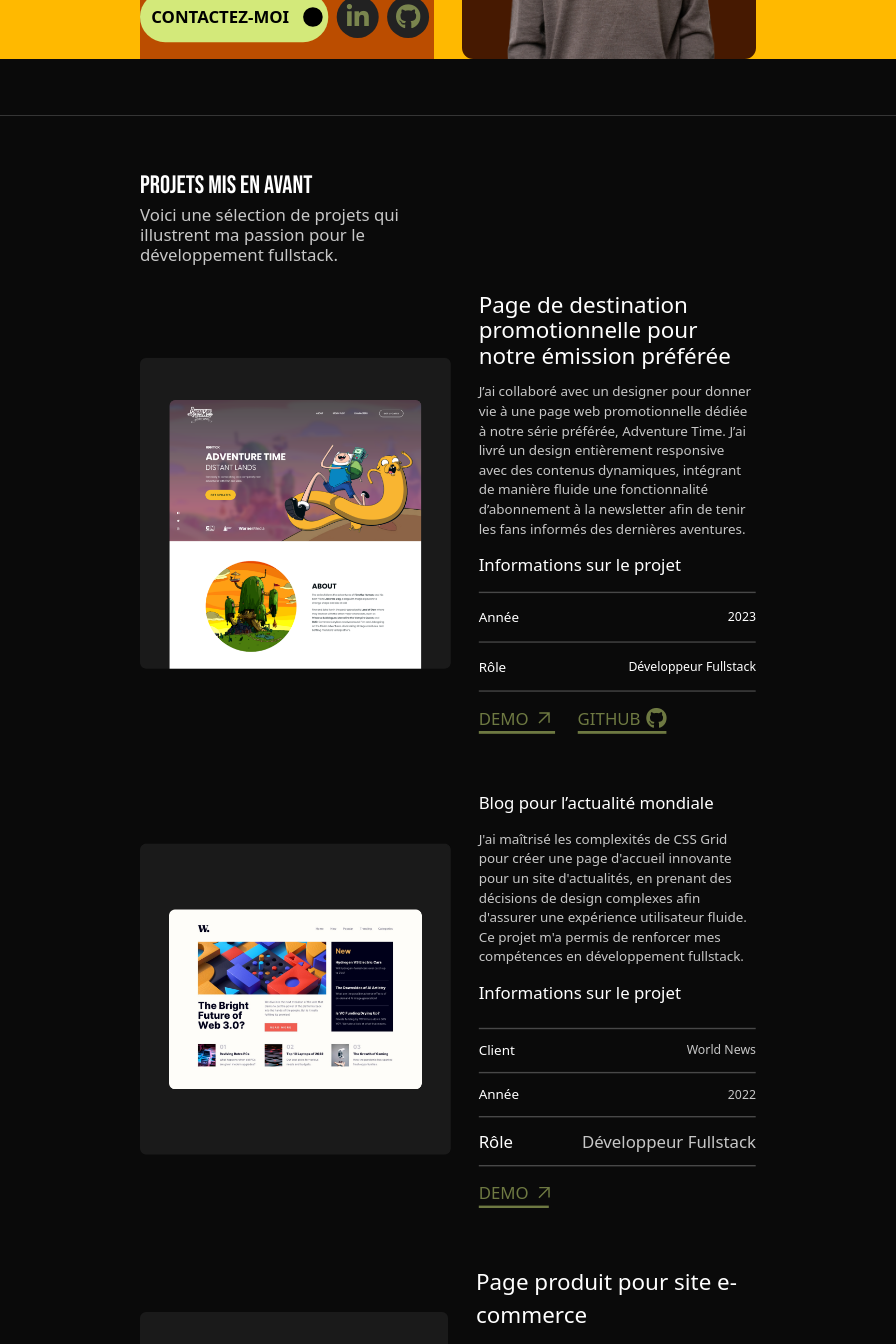
Repository: muslimdrame37-oss/Portfolio1
Page: src/index.html
The author's editor kept a copy of each file at every save. The page is drawn from the files as they stood at one save, then again after a run of saves.
The browser window is 1280 px wide. The pictures show the part of the page from y = 495 to 2415 px (the page is 4456 px tall before and 4488 px after), at 70% of full size.
Some web fonts or font styles are not loaded; a fallback is used. Some web libraries are served in a nearby version.

Above is the page before, as saved 2026-02-11 20:55:35.

### src/index.html
<!doctype html>
<html lang="fr">
<head>
    <meta charset="UTF-8">
    <meta name="viewport" content="width=device-width, initial-scale=1.0">
    <meta name="description" content="Portfolio de Muslim Drame - Développeur Fullstack basé à Dakar">
    <title>Muslim Drame - Développeur Fullstack</title>

    <!-- Fonts -->
    <link rel="stylesheet" href="https://fonts.googleapis.com/css2?family=Bebas+Neue&display=swap">
    <link rel="stylesheet" href="https://fonts.googleapis.com/css2?family=Material+Symbols+Outlined:opsz,wght,FILL,GRAD@20..48,100..700,0..1,-50..200&icon_names=arrow_outward">

    <!-- Styles -->
    <link href="./output.css" rel="stylesheet">

    <!-- Icons -->
    <script src="https://kit.fontawesome.com/31ee52f68e.js" crossorigin="anonymous"></script>
</head>

<body class="bg-[#0A0A0A]">
    <!-- ========== HEADER ========== -->
    <header class="flex items-center justify-between py-4 px-5 lg:px-20">
        <h1 class="text-[#C7C7C7] text-[2rem] lg:text-4xl font-bebas">MUSLIM DRAME</h1>

        <!-- Navigation Desktop -->
        <nav class="hidden lg:flex justify-between py-8 text-[#C7C7C7] text-[1.2rem]" aria-label="Navigation principale">
            <ul class="flex gap-10">
                <li><a href="index.html" class="hover:text-[#D3E97A] transition-colors">Projets</a></li>
                <li><a href="a_propos.html" class="hover:text-[#D3E97A] transition-colors">À propos</a></li>
                <li><a href="#contact" class="hover:text-[#D3E97A] transition-colors">Contact</a></li>
            </ul>
        </nav>

        <!-- Menu Mobile -->
        <button class="lg:hidden" aria-label="Menu mobile">
            <svg xmlns="http://www.w3.org/2000/svg" height="40px" viewBox="0 -960 960 960" width="40px" fill="#484848">
                <path d="M120-680v-80h720v80H120Zm0 480v-80h720v80H120Zm0-240v-80h720v80H120Z"/>
            </svg>
        </button>
    </header>

    <!-- ========== MAIN CONTENT ========== -->
    <main>

        <!-- ========== SECTION HERO ========== -->
        <section class="px-5 mt-10 flex flex-col justify-between gap-10 lg:flex-row lg:px-50 bg-amber-400" aria-label="Section d'accueil">
            <!-- Contenu texte -->
            <div class="flex flex-col gap-5 justify-center lg:w-1/2 bg-amber-700">
                <h2 class="text-white text-[3rem] font-bebas lg:text-[5rem] lg:leading-20 leading-15 bg-black">HI, I AM <br> MUSLIM DRAME.</h2>
                <p class="text-1xl text-[#C7C7C7] lg:text-2xl">
                    Un développeur fullstack basé à Dakar, passionné par la création de sites web accessibles et conviviaux.
                </p>

                <!-- Boutons d'action -->
                <div class="flex gap-3 items-center">
                    <!-- Bouton Contact -->
                    <a href="#contact" class="bg-[#D3E97A] flex justify-between items-center pl-2 text-black font-bold text-[1rem] rounded-[100px] gap-1 lg:gap-3 py-2 lg:py-4 lg:text-[1.5rem] lg:pl-4 hover:bg-[#c5db6f] transition-colors">
                        CONTACTEZ-MOI
                        <span class="w-11 h-10 flex items-center justify-center">
                            <span class="bg-black w-4 h-4 rounded-full lg:w-7 lg:h-7"></span>
                        </span>
                    </a>

                    <!-- Réseaux sociaux -->
                    <a href="#" class="w-10 h-10 rounded-full bg-[#222222] flex justify-center items-center lg:w-15 lg:h-15 hover:bg-[#333333] transition-colors" aria-label="LinkedIn">
                        <i class="fa-brands fa-linkedin-in text-[#D3E97A] text-2xl lg:text-4xl animate-pulse"></i>
                    </a>
                    <a href="#" class="w-10 h-10 rounded-full bg-[#222222] flex justify-center items-center lg:w-15 lg:h-15 hover:bg-[#333333] transition-colors" aria-label="GitHub">
                        <i class="fa-brands fa-github text-2xl lg:text-4xl text-[#D3E97A] animate-pulse"></i>
                    </a>
                </div>
            </div>

            <!-- Image hero -->
            <div class="bg-[#C7C7C7] rounded-2xl  bg-amber-950 lg:w-1/2">
                <img src="image/image1.png" alt="Portrait de Muslim Drame" width="880" class="w-full h-auto">
            </div>
        </section>

        <!-- Séparateur -->
        <hr class="border-[#484848] border-t mt-20">

        <!-- ========== SECTION PROJETS ========== -->

        <section class="flex flex-col px-8 mt-20 lg:px-50">
            <div class="flex flex-col gap-2">
                <h2 class="text-4xl text-white font-bebas lg:text-6xl">PROJETS MIS EN AVANT</h2>
                <p class="text-2xl text-[#C7C7C7] lg:w-1/2 leading-7">Voici une sélection de projets qui illustrent ma passion pour le développement fullstack.</p>
            </div>
            <div class="flex flex-col lg:flex-row gap-10 mt-10 lg:w-[1,224px] justify-center items-center">
                <div>
                    <img src="image/image2.png" alt="" class="w-4xl">
                </div>
                <!-- INFORMATION -->
                <!-- TITRE ET DESCCRIPTION -->
                <div class=" lg:w-200 flex flex-col gap-5 ">
                    <div class="flex flex-col gap-5">
                        <h2 class="text-white text-[2rem] leading-9">Page de destination promotionnelle pour notre émission préférée</h2>
                        <p class="text-[#C7C7C7] leading-7 text-[1.2rem]">J’ai collaboré avec un designer pour donner vie à une page web promotionnelle dédiée à notre série préférée, Adventure Time. J’ai livré un design entièrement responsive avec des contenus dynamiques, intégrant de manière fluide une fonctionnalité d’abonnement à la newsletter afin de tenir les fans informés des dernières aventures.</p>
                    </div>
                    <!-- INFORMATION SUR LE PROJET -->
                    <div class=" flex flex-col gap-5">
                        <h3 class="text-white text-[1.5rem]">Informations sur le projet</h3>
                        <div class="flex flex-col gap-5">
                            <div class="w-full border-[#484848] border"></div>

                            <div class="flex justify-between">
                                <p class="text-white text-[1.2rem]">Année</p>
                                <p class="text-white text-[1.1rem]">2023</p>
                            </div>

                            <div class="w-full border-[#484848] border"></div>

                            <div class="flex justify-between">
                                <p class="text-white text-[1.2rem]">Rôle</p>
                                <p class="text-white text-[1.1rem]">Développeur Fullstack</p>
                            </div>

                            <div class="w-full border-[#484848] border"></div>

                        </div>
                    </div>

                    <!-- LIEN DEMO & GITHUB -->

                    <div class="flex gap-8">
                        <a href="#">
                            <div class="animate-pulse">
                            <div class="flex items-center gap-2 ">
                                <p class="text-[#D3E97A] text-[1.5rem]">DEMO</p>
                                <svg xmlns="http://www.w3.org/2000/svg" height="30px" viewBox="0 -960 960 960" width="30px" fill="#D3E97A"><path d="M246.67-244 200-290.67l402.67-402.66H236V-760h480v480h-66.67v-366.67L246.67-244Z"/></svg>
                            </div>
                            <div class="w-full border-[#D3E97A] border-2"></div>
                        </div>
                        </a>
                        <a href="#">
                            <div class="animate-pulse">
                            <div class="flex items-center gap-2">
                                <p class="text-[#D3E97A] text-[1.5rem]">GITHUB</p>
                                <i class="fa-brands fa-github text-3xl text-[#D3E97A]"></i>
                            </div>
                            <div class="w-full border-[#D3E97A] border-2"></div>
                        </div>
                        </a>

                    </div>
                </div>
            </div>
        </section>

        <!-- PROJET 2 -->

        <section class="flex flex-col px-8 mt-20 gap-8 lg:gap-10 lg:flex-row lg:px-50 items-center">
            <div>
                <img src="image/image3.png" alt="" class="w-4xl">
            </div>
            <div class="lg:w-200 flex flex-col gap-5">
                <div class="flex flex-col gap-5">
                    <h2 class="text-white text-[1.5rem]">Blog pour l’actualité mondiale</h2>
                    <p class="text-[#C7C7C7] text-[1.2rem] leading-7">J'ai maîtrisé les complexités de CSS Grid pour créer une page d'accueil innovante pour un site d'actualités, en prenant des décisions de design complexes afin d'assurer une expérience utilisateur fluide. Ce projet m'a permis de renforcer mes compétences en développement fullstack.</p>
                </div>
                <div class="flex flex-col gap-8">
                    <div class="text-[1.5rem] text-white ">Informations sur le projet</div>
                    <div class="flex flex-col gap-4">
                        <div class="w-full border-[#484848] border "></div>
                        <div class="flex justify-between">
                            <p class="text-white text-[1.2rem]">Client</p>
                            <p class="text-[#C7C7C7] text-[1.1rem]">World News</p>
                        </div>
                        <div class="w-full border-[#484848] border "></div>
                        <div class="flex justify-between">
                            <p class="text-white text-[1.2rem]">Année</p>
                            <p class="text-[#C7C7C7] text-[1.1rem]">2022</p>
                        </div>
                        <div class="w-full border-[#484848] border "></div>
                        <div class="flex justify-between">
                            <p class="text-white text-[1.5rem]">Rôle</p>
                            <p class="text-[#C7C7C7] text-[1.5rem]">Développeur Fullstack</p>
                        </div>
                        <div class="w-full border-[#484848] border "></div>
                    </div>
                </div>
                <a href="#">
                    <div class="flex flex-col animate-pulse">
                    <div class="flex items-center gap-2">
                        <p class="text-[#D3E97A] text-[1.5rem]">DEMO</p>
                        <svg xmlns="http://www.w3.org/2000/svg" height="30px" viewBox="0 -960 960 960" width="30px" fill="#D3E97A"><path d="M246.67-244 200-290.67l402.67-402.66H236V-760h480v480h-66.67v-366.67L246.67-244Z"/></svg>
                    </div>
                    <div class="w-25 border-[#D3E97A] border-2"></div>
                </div>
                </a>
            </div>
        </section>

        <!-- PROJET 3 -->

        <section class="mt-20 flex flex-col px-8 gap-8 lg:gap-10 lg:flex-row lg:px-50 items-center">
            <img src="image/image3.png" alt="" class="w-full lg:w-1/2">
            <div class="w-full lg:w-1/2 flex flex-col gap-5">
                <div class="flex flex-col gap-5">
                    <h2 class="text-white text-[2rem]">Page produit pour site e-commerce</h2>
                    <p class="text-[#C7C7C7] text-[1.2rem] leading-8 ">J’ai conçu avec succès une page produit attrayante, intégrant une galerie dynamique en lightbox et un panier fonctionnel fluide, démontrant ma maîtrise du développement en JavaScript.</p>
                </div>
                <div class="flex flex-col gap-5">
                    <div class="text-[1.5rem] text-white lg:mt-5 ">Informations sur le projet</div>
                    <div class="flex flex-col gap-5">
                        <div class="w-full border-[#484848] border "></div>
                        <div class="flex justify-between">
                            <p class="text-white text-[1.2rem]">Année</p>
                            <p class="text-[#C7C7C7] text-[1.1rem]">2022</p>
                        </div>
                        <div class="w-full border-[#484848] border "></div>
                        <div class="flex justify-between">
                            <p class="text-white text-[1.2rem]">Rôle</p>
                            <p class="text-[#C7C7C7] text-[1.1rem]">Développeur Fullstack</p>
                        </div>
                        <div class="w-full border-[#484848] border "></div>
                    </div>
                </div>
                <!-- LIEN DÉMO & GITHUB -->
                <div class="flex gap-8 items-center">
                    <a href="#">
                        <div class="animate-pulse">
                        <div class="flex items-center gap-2">
                            <p class="text-[#D3E97A] text-[1.5rem]">DEMO</p>
                            <svg xmlns="http://www.w3.org/2000/svg" height="30px" viewBox="0 -960 960 960" width="30px" fill="#D3E97A"><path d="M246.67-244 200-290.67l402.67-402.66H236V-760h480v480h-66.67v-366.67L246.67-244Z"/></svg>
                    </div>
                    <div class="w-full border-[#D3E97A] border-2"></div>
                    </div>
                    </a>
                    <a href="#">
                        <div class="animate-pulse">
                        <div class="flex items-center gap-2">
                            <p class="text-[#D3E97A] text-[1.5rem]">GITHUB</p>
                            <i class="fa-brands fa-github text-3xl text-[#D3E97A]"></i>
                        </div>
                        <div class="w-full border-[#D3E97A] border-2"></div>
                    </div>
                    </a>
                </div>
            </div>
        </section>

        <!-- À PROPOS DE MOI -->
        <div class="w-full border-[#484848] border my-10"></div>

        <section class=" flex flex-col px-8 gap-5 lg:flex-row lg:gap-10 lg:px-50 justify-between">
            <div class="text-6xl text-white  lg:w-200 lg:text-[140px] font-bebas">À PROPOS DE MOI</div>
            <div class="lg:w-200">
                <div class="flex flex-col gap-10 ">
                    <p class="text-white text-[1.5rem] ">Je suis développeur Fullstack passionné basé à DAKAR, avec une formation en génie Informatique.</p>
                    <div class="text-[#484848] text-[1.2rem]">Je suis développeur fullstack basé à Dakar, à la recherche d’opportunités stimulantes. Avec une formation en génie informatique, je mets un point d’honneur à privilégier l’accessibilité lors du développement. Passionné et curieux, j’aime résoudre des problèmes complexes.
                    Actuellement, j’explore React.js, Laravel et m’initie également au design. En dehors du codage, j’apprécie jouer au football, la photographie et jouer à la carte. Je continue d’apprendre pour améliorer constamment mes compétences.</div>
                    <a href="a_propos.html" class="text-[#D3E97A] text-[1.5rem] underline underline-offset-8 hover:text-[#c5db6f] transition-colors">EN SAVOIR PLUS SUR MOI</a>
                </div>
            </div>
        </section>

        <hr class="border-[#484848] border-t my-10">

        <!-- ========== SECTION CONTACT ========== -->

        <section id="contact" class="flex flex-col px-8 mb-10 lg:px-50 lg:gap-10 lg:flex-row" aria-label="Formulaire de contact">
            <!-- Informations de contact -->
            <div class="flex flex-col gap-10 lg:w-200">
                <h2 class="lg:text-[100px] text-white font-bold text-4xl font-bebas">ENTRONS EN CONTACT</h2>
                <div class="flex flex-col gap-2">
                    <p class="text-[#C7C7C7] text-[1rem]">
                        Dites moi hello <a href="mailto:muslimdrame37@gmail.com" class="text-white hover:text-[#D3E97A] transition-colors">muslimdrame37@gmail.com</a>
                    </p>
                    <p class="text-white text-[1rem]">Pour en savoir plus sur moi, jetez un coup d'œil à mon <a href="#" class="text-[#D3E97A] underline underline-offset-5 hover:text-[#c5db6f] transition-colors">CV</a></p>
                </div>
                <!-- Réseaux sociaux -->
                <nav class="flex gap-5" aria-label="Réseaux sociaux">
                    <a href="#" aria-label="LinkedIn" class="hover:scale-110 transition-transform">
                        <i class="fa-brands fa-linkedin-in text-[#D3E97A] text-4xl animate-pulse"></i>
                    </a>
                    <a href="#" aria-label="GitHub" class="hover:scale-110 transition-transform">
                        <i class="fa-brands fa-github text-[#D3E97A] text-4xl animate-pulse"></i>
                    </a>
                    <a href="#" aria-label="Twitter" class="hover:scale-110 transition-transform">
                        <i class="fa-brands fa-x-twitter text-[#D3E97A] text-4xl animate-pulse"></i>
                    </a>
                    <a href="#" aria-label="Instagram" class="hover:scale-110 transition-transform">
                        <i class="fa-brands fa-instagram text-[#D3E97A] text-4xl animate-pulse"></i>
                    </a>
                </nav>
            </div>


            <form action="" method="POST" class="flex flex-col gap-5 mt-10 lg:mt-0 w-full lg:w-200">
                <div class="flex flex-col gap-3">
                    <label for="name" class="text-[#C7C7C7] text-[1.5rem]">Nom complet</label>
                    <input class="text-[#C7C7C7] bg-[#1A1A1A] px-6 py-2 rounded-lg text-[1.5rem] focus:outline-none focus:ring-2 focus:ring-[#D3E97A] transition-all" type="text" name="name" placeholder="Muslim" id="name" required>
                </div>
                <div class="flex flex-col gap-3">
                    <label for="email" class="text-[#C7C7C7] text-[1.5rem]">Email</label>
                    <input class="text-[#C7C7C7] bg-[#1A1A1A] px-6 py-2 rounded-lg text-[1.5rem] focus:outline-none focus:ring-2 focus:ring-[#D3E97A] transition-all" type="email" name="email" placeholder="votre@email.com" id="email" required>
                </div>
                <div class="flex flex-col gap-3">
                    <label for="sujet" class="text-[#C7C7C7] text-[1.5rem]">Sujet</label>
                    <input class="text-[#C7C7C7] bg-[#1A1A1A] px-6 py-2 rounded-lg text-[1.5rem] focus:outline-none focus:ring-2 focus:ring-[#D3E97A] transition-all" type="text" name="sujet" placeholder="Sujet de votre message" id="sujet" required>
                </div>
                <div class="flex flex-col gap-3">
                    <label for="message" class="text-[#C7C7C7] text-[1.5rem]">Message</label>
                    <textarea name="message" id="message" rows="6" placeholder="Votre message..." class="text-[#C7C7C7] bg-[#1A1A1A] px-6 py-2 rounded-lg text-[1.5rem] resize-none focus:outline-none focus:ring-2 focus:ring-[#D3E97A] transition-all" required></textarea>
                </div>
                <button type="submit" class="text-black bg-[#D3E97A] py-2 lg:py-4 text-[1rem] font-bold rounded-[100px] w-35 hover:bg-[#c5db6f] transition-colors cursor-pointer">Envoyer</button>
            </form>
        </section>
    </main>

    <!-- ========== FOOTER ========== -->
    <footer class="w-full pb-6">
        <div class="mx-auto flex flex-col lg:flex-row gap-2 lg:gap-8 items-center justify-between border border-white/10 bg-[#1A1A1A] px-6 py-4 text-sm text-[#C7C7C7] backdrop-blur-md">
            <!-- Copyright -->
            <p>© 2026 Muslim Drame. Tous droits réservés.</p>

            <!-- Réseaux sociaux -->
            <nav class="flex items-center gap-2 text-2xl" aria-label="Réseaux sociaux footer">
                <a href="#" class="hover:text-white transition-colors" aria-label="Facebook">
                    <i class="fa-brands fa-facebook"></i>
                </a>
                <a href="#" class="hover:text-white transition-colors" aria-label="Instagram">
                    <i class="fa-brands fa-instagram"></i>
                </a>
                <a href="#" class="hover:text-white transition-colors" aria-label="Twitter">
                    <i class="fa-brands fa-x-twitter"></i>
                </a>
                <a href="#" class="hover:text-white transition-colors" aria-label="GitHub">
                    <i class="fa-brands fa-github"></i>
                </a>
                <a href="#" class="hover:text-white transition-colors" aria-label="YouTube">
                    <i class="fa-brands fa-youtube"></i>
                </a>
            </nav>
        </div>
    </footer>

</body>
</html>

Loaded but not shown: src/output.css (2245 lines, source omitted)

After the next 2 saves:
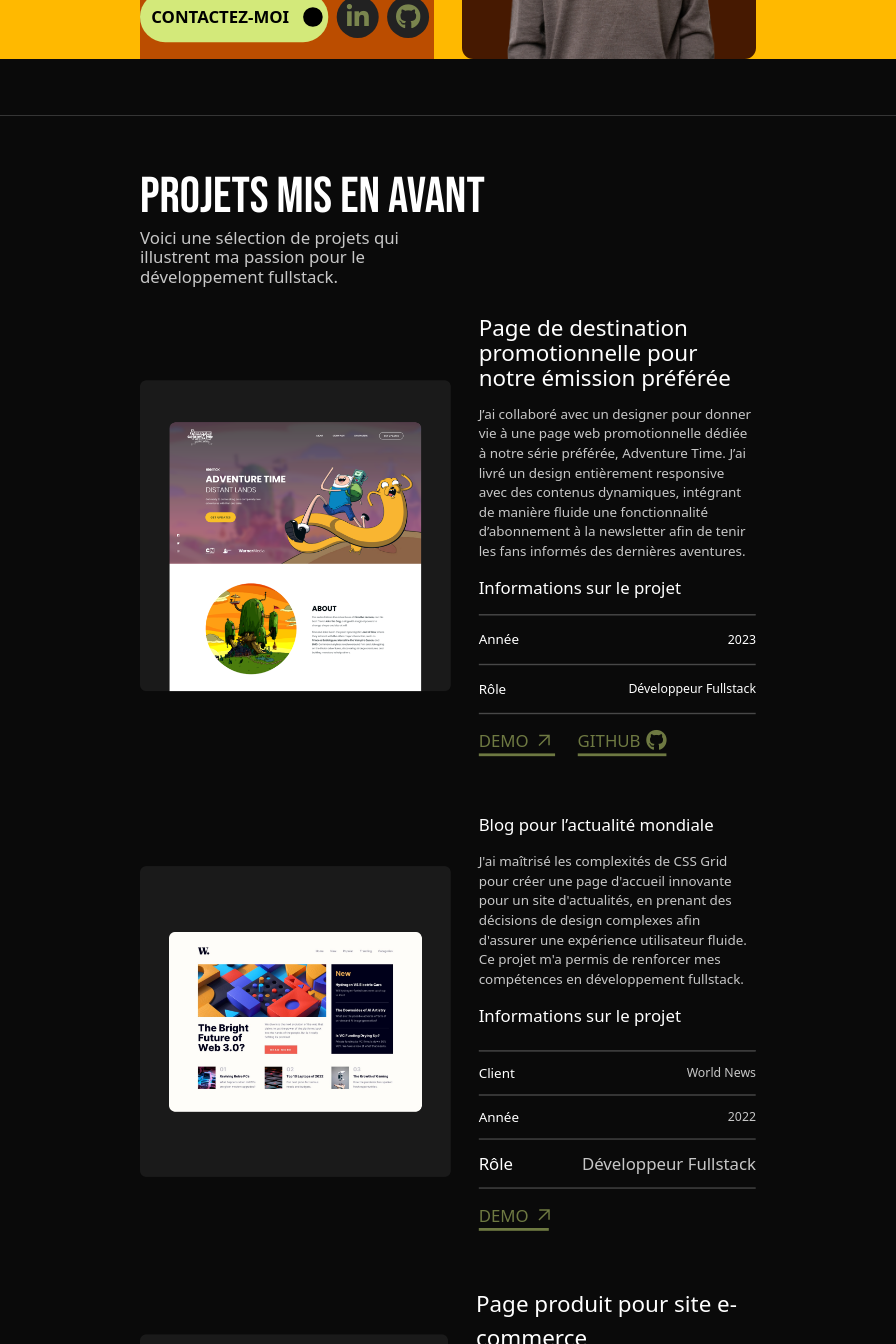
The 2 saves are shown as one change because they came seconds apart.
The last was saved 3 min 48 s later.
--- a/src/index.html
+++ b/src/index.html
@@ -84,7 +84,7 @@
 
         <section class="flex flex-col px-8 mt-20 lg:px-50">
             <div class="flex flex-col gap-2">
-                <h2 class="text-4xl text-white font-bebas lg:text-6xl">PROJETS MIS EN AVANT</h2>
+                <h2 class="text-4xl text-white font-bebas lg:text-7xl">PROJETS MIS EN AVANT</h2>
                 <p class="text-2xl text-[#C7C7C7] lg:w-1/2 leading-7">Voici une sélection de projets qui illustrent ma passion pour le développement fullstack.</p>
             </div>
             <div class="flex flex-col lg:flex-row gap-10 mt-10 lg:w-[1,224px] justify-center items-center">
